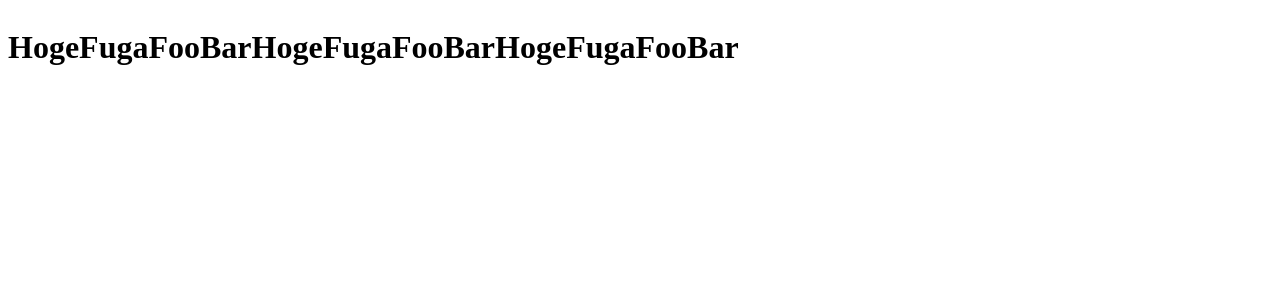
Repository: takahiro-djk/samurai_HTML-CSS
Page: New Folder/ :first-child.html
The author's editor kept a record of every edit. The page is drawn from the files as they stood at one moment, then again after the next edit.
The browser window is 1280 px wide. The pictures show the whole page.

Above is the page before.

### New Folder/ :first-child.html
<!DOCTYPE html>
<html lang="ja">
    <head>
        <style>
            #no-wrap {
                display: flex;
                flex-wrap:nowrap;
            }

            #wrap {
                display: flex;
                flex-wrap:wrap;
            }

            #no-wrap {
                display: flex;
                flex-wrap:wrap-reverse;
            }

        </style>
    </head>
    <body>
        <div id="no-wrap">
            <h1>Hoge</h1>
            <h1>Fuga</h1>
            <h1>Foo</h1>
            <h1>Bar</h1>

        <div id="wrap">
            <h1>Hoge</h1>
            <h1>Fuga</h1>
            <h1>Foo</h1>
            <h1>Bar</h1>
        </div>

        <div id="no-wrap">
            <h1>Hoge</h1>
            <h1>Fuga</h1>
            <h1>Foo</h1>
            <h1>Bar</h1>
        </div>

        </div>
    </body>
</html>

After the next edit:
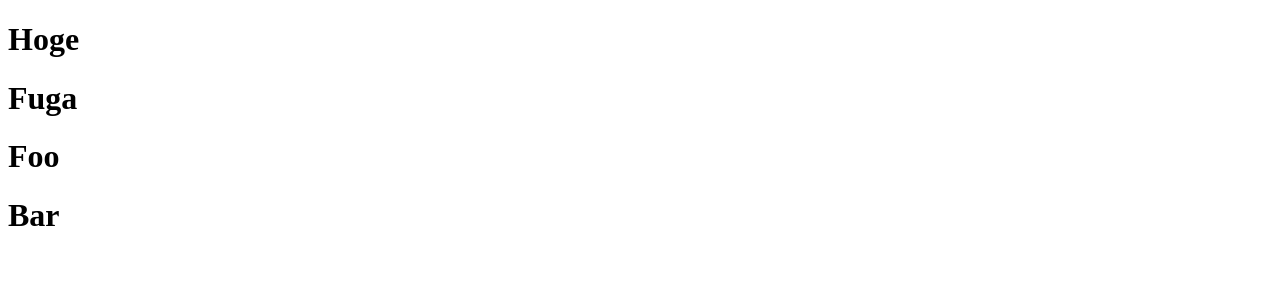
The edit:
--- a/New Folder/ :first-child.html
+++ b/New Folder/ :first-child.html
@@ -2,44 +2,18 @@
 <html lang="ja">
     <head>
         <style>
-            #no-wrap {
+            #center {
                 display: flex;
-                flex-wrap:nowrap;
+                justify-content: flex-end;
             }
-
-            #wrap {
-                display: flex;
-                flex-wrap:wrap;
-            }
-
-            #no-wrap {
-                display: flex;
-                flex-wrap:wrap-reverse;
-            }
-
         </style>
     </head>
     <body>
-        <div id="no-wrap">
-            <h1>Hoge</h1>
-            <h1>Fuga</h1>
-            <h1>Foo</h1>
-            <h1>Bar</h1>
-
-        <div id="wrap">
+        <div id="flex-end">
             <h1>Hoge</h1>
             <h1>Fuga</h1>
             <h1>Foo</h1>
             <h1>Bar</h1>
         </div>
-
-        <div id="no-wrap">
-            <h1>Hoge</h1>
-            <h1>Fuga</h1>
-            <h1>Foo</h1>
-            <h1>Bar</h1>
-        </div>
-
-        </div>
     </body>
 </html>
